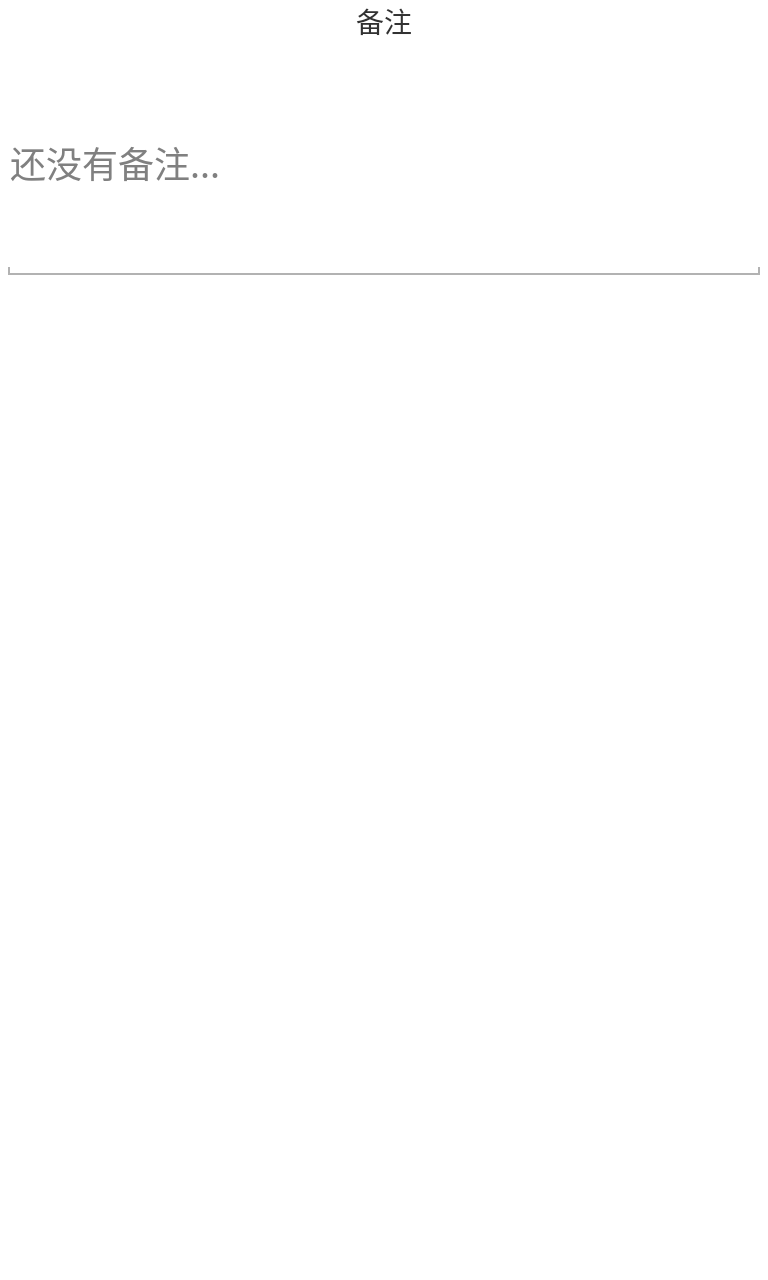
Repository: zhuyue1314/SysuLibrary
Layout: SysuLibrary-android/SysuMobileLibrary/res/layout/note_dialog.xml
An editor plug-in stored every save of this project. The layout is shown before and after the next save, followed by the edit.
It is drawn on a 768 x 1280 px phone screen (xhdpi) without system bars, with theme AppTheme; the app's code is not run.

Above is the layout before, as saved 2015-12-30 15:27:00.

After the next save:
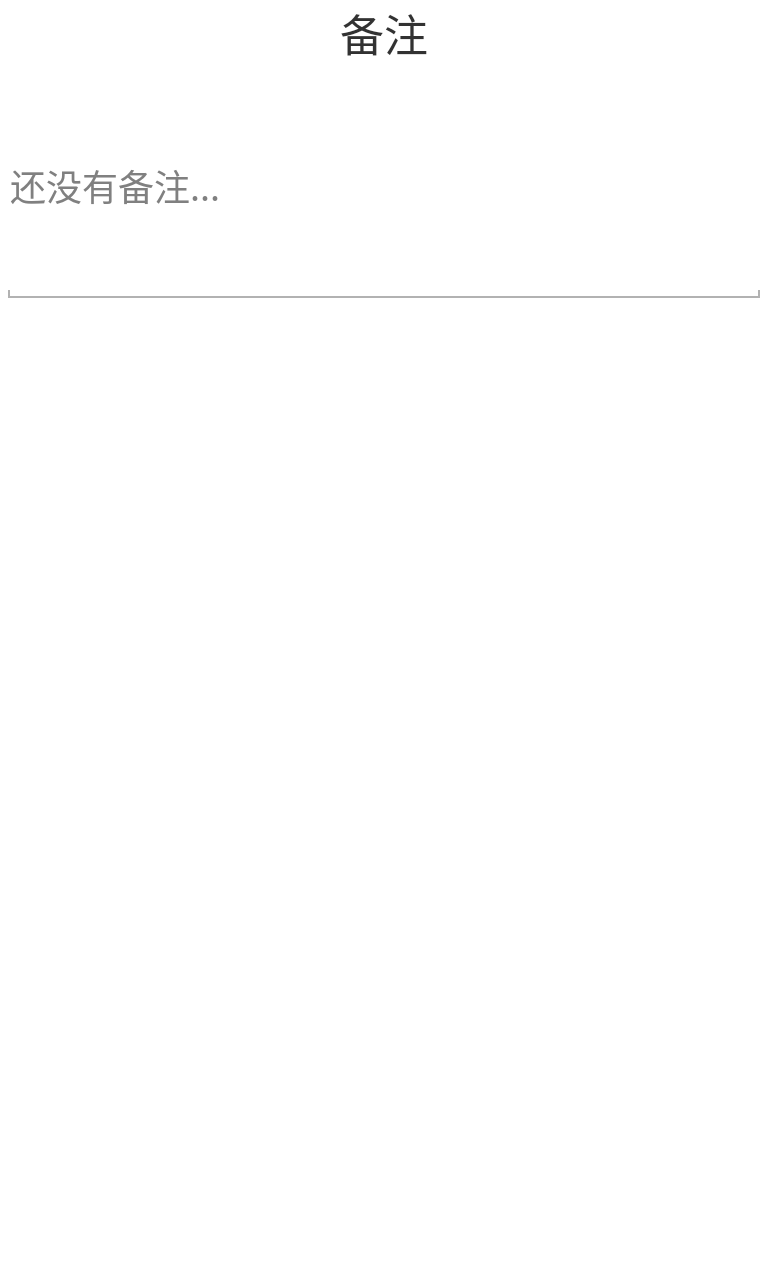
Saved 42 s later.
--- a/SysuLibrary-android/SysuMobileLibrary/res/layout/note_dialog.xml
+++ b/SysuLibrary-android/SysuMobileLibrary/res/layout/note_dialog.xml
@@ -8,6 +8,7 @@
         android:layout_width="match_parent"
         android:layout_height="wrap_content"
         android:gravity="center"
+        android:textSize="22sp"
         android:text="备注" />
 
     <EditText
